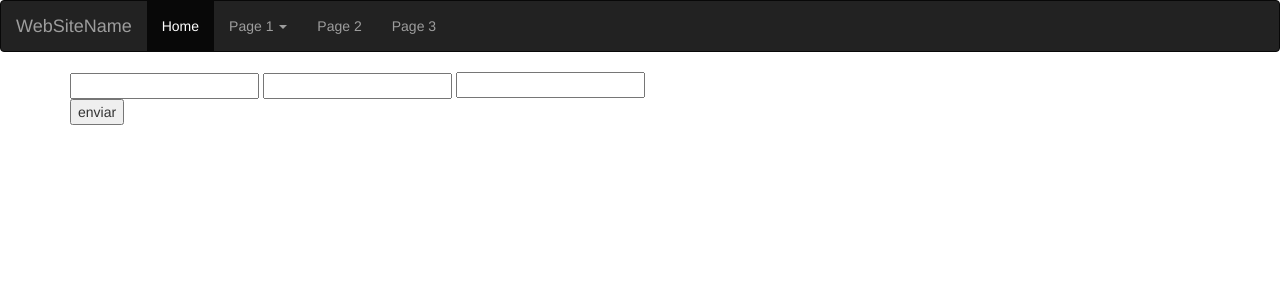
Repository: UAQJavaEveris/ProyectoFinalJuanCarlos
Page: http://localhost/WebCliente/
These files come from the project's save history. The page is drawn as it stood at one moment and after the next save; the edit follows.
The browser window is 1280 px wide. The pictures show the whole page.
Some web libraries are served in a nearby version. The page is served by Tomcat 9. Other server files are loaded and not shown.

Above is the page before, as saved 2016-12-10 02:55:11.

### WebCliente/WebContent/index.jsp
<%@ page language="java" contentType="text/html; charset=ISO-8859-1"
    pageEncoding="ISO-8859-1"%>
<!DOCTYPE html PUBLIC "-//W3C//DTD HTML 4.01 Transitional//EN" "http://www.w3.org/TR/html4/loose.dtd">
<html>
<head>
<meta http-equiv="Content-Type" content="text/html; charset=ISO-8859-1">
<title>Pagina Principal</title>
<meta charset="utf-8">
  <meta name="viewport" content="width=device-width, initial-scale=1">
  <link rel="stylesheet" href="https://maxcdn.bootstrapcdn.com/bootstrap/3.3.7/css/bootstrap.min.css">
  <script src="https://ajax.googleapis.com/ajax/libs/jquery/3.1.1/jquery.min.js"></script>
  <script src="https://maxcdn.bootstrapcdn.com/bootstrap/3.3.7/js/bootstrap.min.js"></script>
</head>
<body>
<nav class="navbar navbar-inverse">
  <div class="container-fluid">
    <div class="navbar-header">
      <a class="navbar-brand" href="#">WebSiteName</a>
    </div>
    <ul class="nav navbar-nav">
      <li class="active"><a href="#">Home</a></li>
      <li class="dropdown">
        <a class="dropdown-toggle" data-toggle="dropdown" href="#">Page 1
        <span class="caret"></span></a>
        <ul class="dropdown-menu">
          <li><a href="#">Page 1-1</a></li>
          <li><a href="#">Page 1-2</a></li>
          <li><a href="#">Page 1-3</a></li>
        </ul>
      </li>
      <li><a href="#">Page 2</a></li>
      <li><a href="#">Page 3</a></li>
    </ul>
  </div>
</nav>
<div class="container">
<form  class="form-inline" action="Controller" method="Post">
<div class="form-group">
    <label class="sr-only" for="nombre">Nombre:</label>
    <input type="txt" name="nombre"><br>
  </div>
  <div class="form-group">
  <label class="sr-only" for="nombre">Apellidos:</label>
  <input type="txt" name="apellidos"><br>
  </div>
<input type="txt" name="logros"><br>
<input type="submit" value="enviar"></input>
</form><br>
</div>
<%
String nombre_variable = (String)session.getAttribute("exito");
%>
</body>
</html>

After the next save:
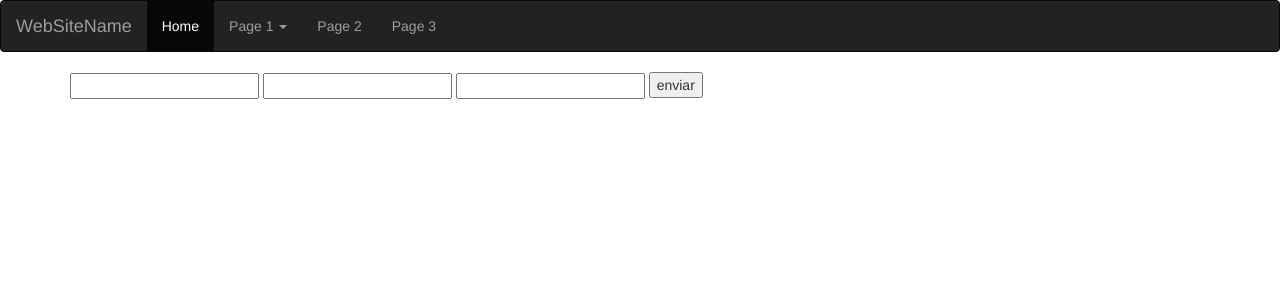
Saved 40 s later.
--- a/WebCliente/WebContent/index.jsp
+++ b/WebCliente/WebContent/index.jsp
@@ -40,10 +40,13 @@
     <input type="txt" name="nombre"><br>
   </div>
   <div class="form-group">
-  <label class="sr-only" for="nombre">Apellidos:</label>
+  <label class="sr-only" for="apellidos">Apellidos:</label>
   <input type="txt" name="apellidos"><br>
   </div>
+ <div class="form-group">
+ <label class="sr-only" for="logros">logroes:</label>
 <input type="txt" name="logros"><br>
+</div>
 <input type="submit" value="enviar"></input>
 </form><br>
 </div>
